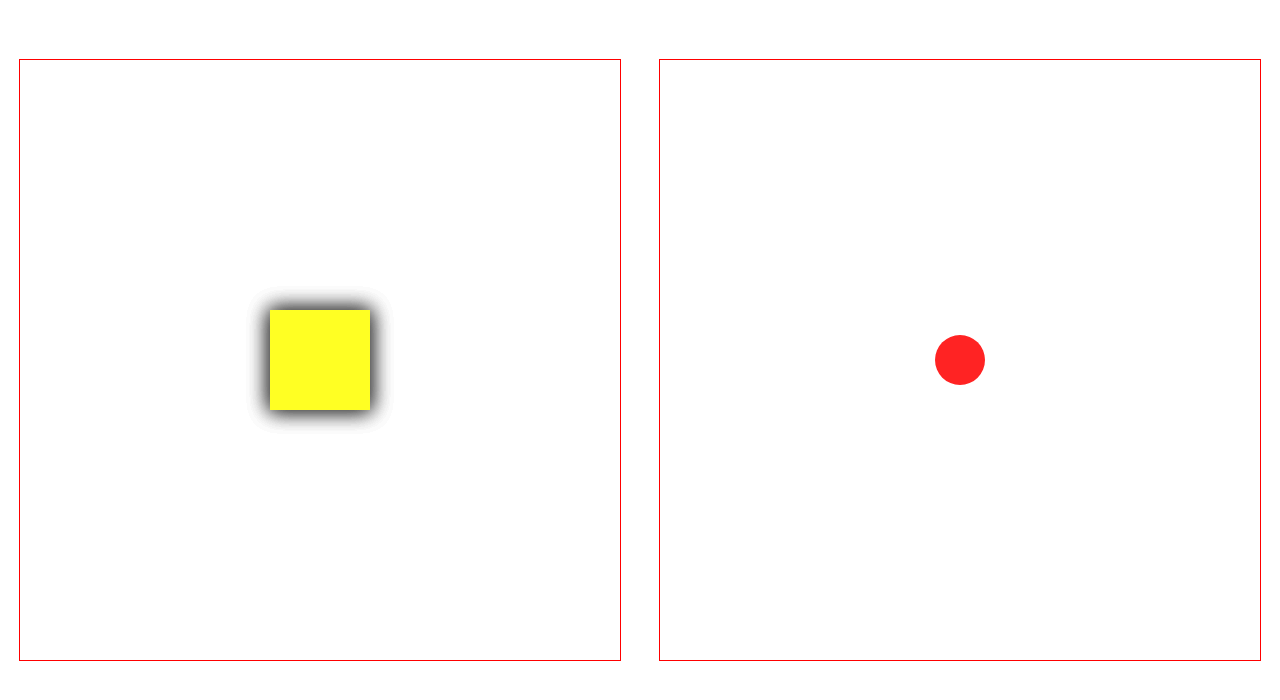
Repository: randgars/game
Page: index.html
The author's editor kept a copy of each file at every save. The page is drawn from the files as they stood at one save, then again after a run of saves.
The browser window is 1280 px wide. The pictures show the whole page.

Above is the page before, as saved 2017-09-29 12:12:36.

After the next 2 saves:
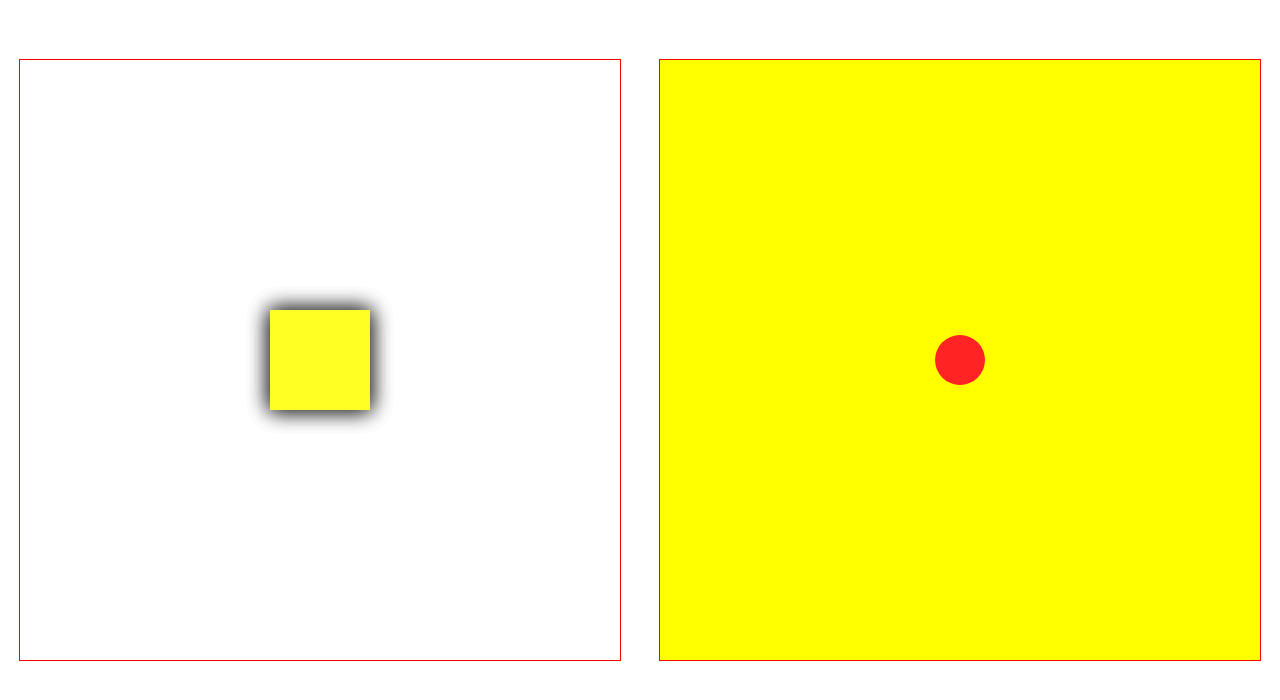
The 2 saves are shown as one change because they came seconds apart.
The last was saved 13 s later.
--- a/style.css
+++ b/style.css
@@ -131,7 +131,7 @@ body {
 }
 #wrapper {
     z-index: 2;
-    background-color: none;
+    background-color: yellow;
 }
 #circle {
     border-radius: 100%;
